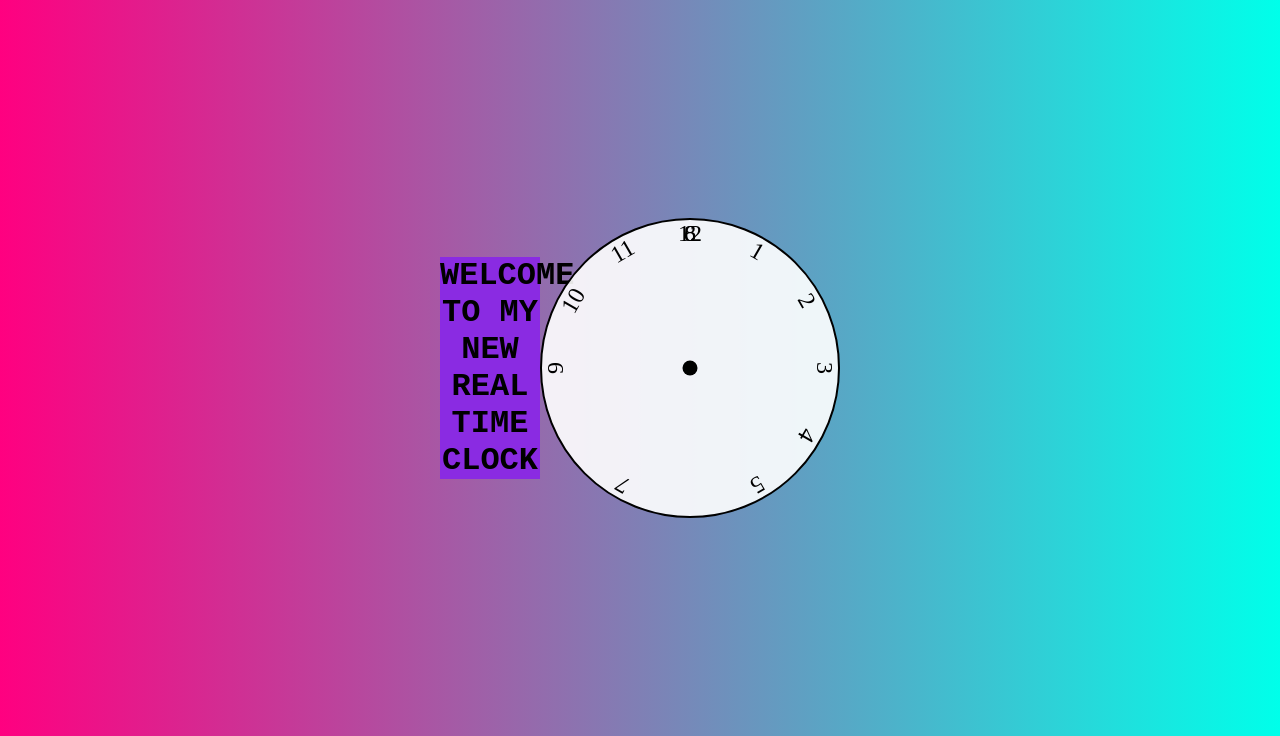
Repository: mirambialex/watch
Page: clock.html
These files come from the project's save history. The page is drawn as it stood at one moment and after a run of saves; the edit follows.
The browser window is 1280 px wide. The pictures show the whole page.

Above is the page before, as saved 2024-05-01 10:28:32.
Console error: SyntaxError: Unexpected token '<'

### clock.html
<!DOCTYPE html>
<html lang="en">
<head>
    <meta charset="UTF-8">
    <meta name="viewport" content="width=device-width, initial-scale=1.0">
    <link rel="stylesheet" href="clock.css">
    <script defer src="clock.js"></script>
    <title>clock</title>
</head>
<h1> <div class="header">WELCOME TO MY NEW REAL TIME CLOCK</div></h1>
<body>
    <div class="clock">
        <div class="hand hour" data-hour-hand></div>
        <div class="hand minute" data-minute-hand></div>
        <div class="hand second" data-second-hand></div>
        <div class="number number1">1</div>
        <div class="number number2">2</div>
        <div class="number number3">3</div>
        <div class="number number4">4</div>
        <div class="number number5">5</div>
        <div class="number numberR6">6</div>
        <div class="number number7">7</div>
        <div class="number number">8</div>
        <div class="number number9">9</div>
        <div class="number number10">10</div>
        <div class="number number11">11</div>
        <div class="number number12">12</div>

    </div>
</body>
</html>

### clock.css
*, *::after, *::before {
    box-sizing: border-box;
    font-family: 'Times New Roman', Times, serif;

}
body{
    background: linear-gradient(to right,rgb(255,0,128),hsl(175,100%,50%));
    display: flex;
    justify-content: center;
    align-items: center;
    min-height: 100vh;
    overflow: hidden;

}
.clock{
    width: 300px;
    height: 300px;
    background-color: rgb(255,255,255,.9);
    border-radius: 50%;
    border: 2px solid black;
    position: relative;
}
.clock .number{
    --rotation:0;
    position: absolute;
    width: 100%;
    height: 100%;
    text-align: center;
    transform: rotate(var(--rotation));
    font-size: 1.5rem;
}

    .clock .number1 {--rotation:30deg}
    .clock .number2 {--rotation:60deg}
    .clock .number3 {--rotation:90deg}
    .clock .number4 {--rotation:120deg}
    .clock .number5 {--rotation:150deg}
    .clock .number6 {--rotation:180deg}
    .clock .number7 {--rotation:210deg}
    .clock .number8 {--rotation:240deg}
    .clock .number9 {--rotation:270deg}
    .clock .number10 {--rotation:300deg}
    .clock .number11 {--rotation:330deg}


.clock.hand{
    --rotation: 0;
    position:absolute;
    bottom: 50%;
    left: 50%;
    background-color: black;
    border: 1px solid rgb(136,99,224);
    border-top-left-radius: 10px;
    border-top-right-radius: 10px;
    transform-origin: bottom;
    z-index:10;
    transform: translateX(-50%)rotation(calc(var--rotation)*1deg));

}
.clock::after{
    content:" ";
    position: absolute;
    background-color: black;
    z-index: 11;
    width: 15px;
    height: 15px;
    top:50%;
    left: 50%;
    transform: translate(-50%, -50%);
    border-radius: 50%;

}
.clock.hand second {
    width: 3px;
    height: 45%;
    background-color: rgb(221,65,198);
}
.clock.hand minute{
    width: 7px;
    height: 40%;
    border-color: rgb(69,19,187);

}
.clock.hand hour{
    width: 10px;
    height: 35%;
    background-color: rgb(166,209,9);
}
.header{
    font-family: 'Courier New', Courier, monospace;
    text-align: center;
    text-transform: capitalize;
    width: 100px;
    background-color: blueviolet;
    position: top;
}

### clock.js
<script>
        setInterval(setClock,1000)
        const hourHand= document.querySelector ("[data-hour-hand]")
        const minuteHand = document.querySelector ("[data-minute-hand]")
        const secondHand = document.querySelector ("[data-second-hand]")

        function setCLASS() {
            const currentDate=new Date()
            const secondRatio =currentDate.getSeconds() / 60
            const minutesRatio =(secondRatio+currentDate.getMinutes())/
            const hoursRatio=(minutesRatio+currentDate.gethours())/
            setRotatio(secondHand,secondsRatio)
            setRotatio(minuteHand,minuteRatio)
            setRotatio(hourHand,hoursRatio)
        }
        function setRotatio(element,rotationRatio)
        {
        Element.style.setProperty("--rotation",rotationRatio*360)
        }
        setClock()
</script>

After the next 3 saves:
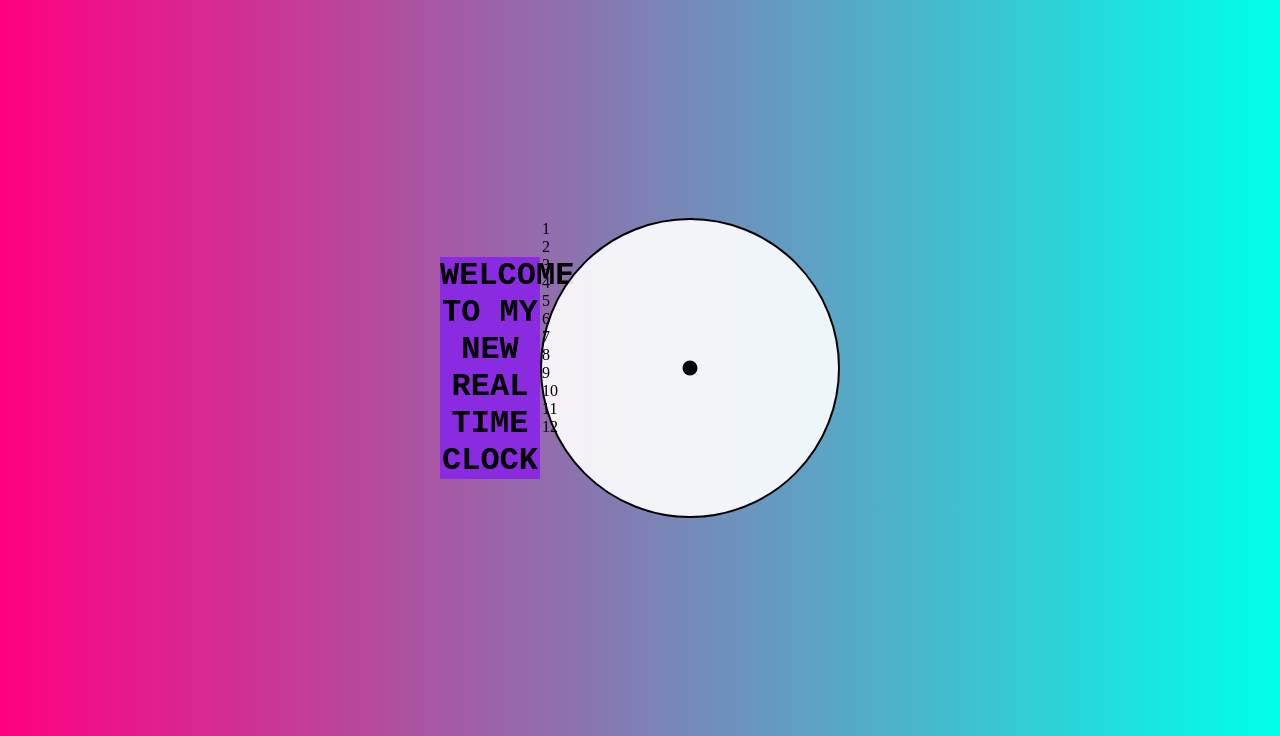
The 3 saves are shown as one change because they came seconds apart.
The last was saved 2 min 8 s later.
--- a/clock.css
+++ b/clock.css
@@ -20,7 +20,7 @@
     border: 2px solid black;
     position: relative;
 }
-.clock .number{
+.clock .NUMBER{
     --rotation:0;
     position: absolute;
     width: 100%;

After the 2 saves that followed:
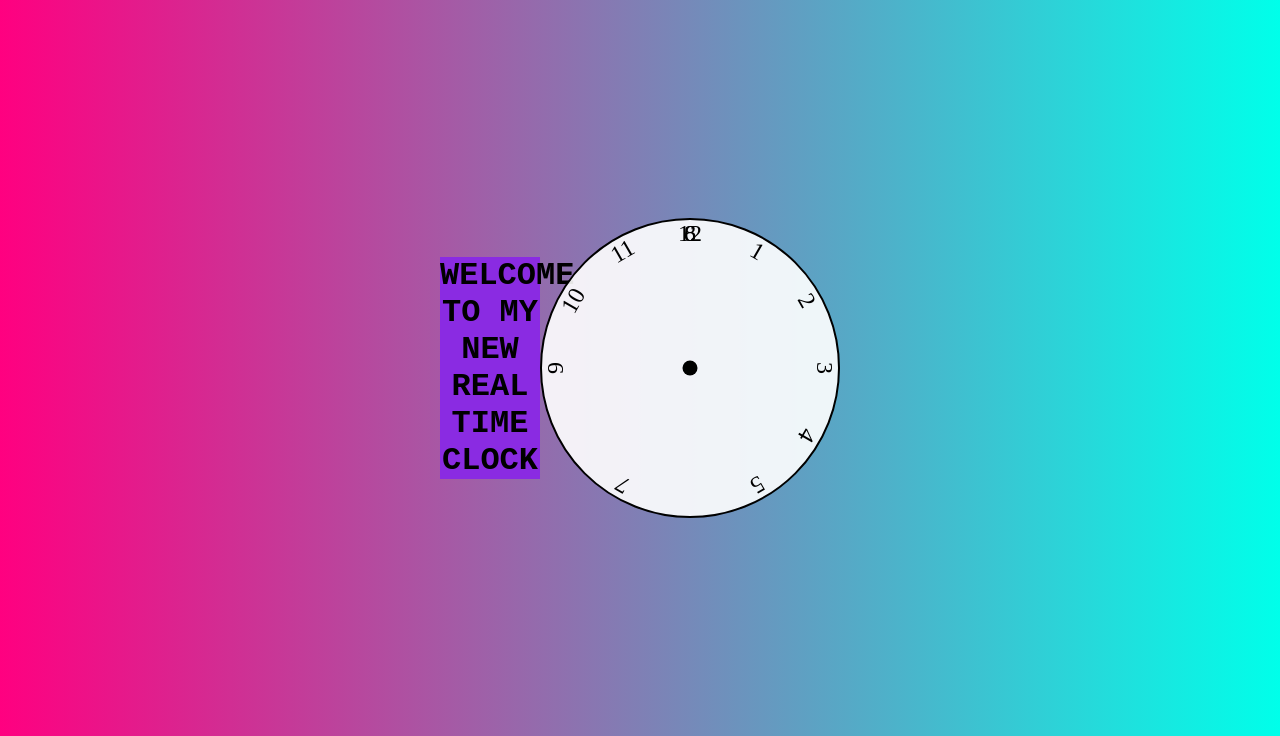
The 2 saves are shown as one change because they came seconds apart.
The last was saved 15 s later.
--- a/clock.css
+++ b/clock.css
@@ -20,7 +20,7 @@
     border: 2px solid black;
     position: relative;
 }
-.clock .NUMBER{
+.clock .number{
     --rotation:0;
     position: absolute;
     width: 100%;
